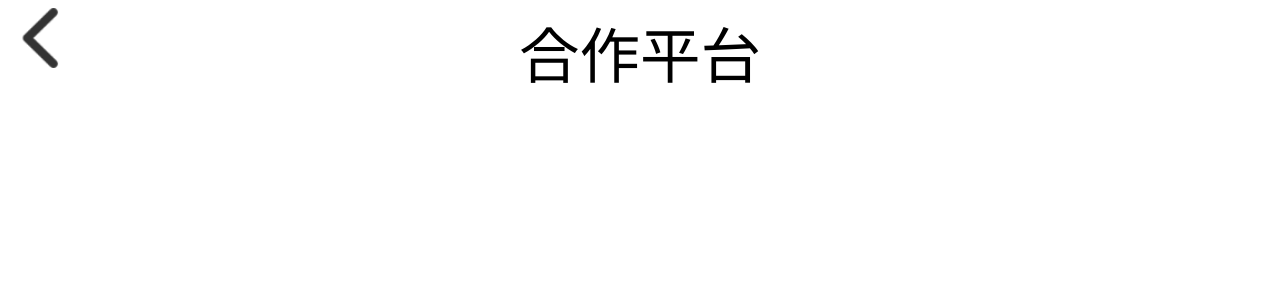
Repository: GgoodBoy/js-object
Page: jquery懒加载/platObj/platForm.html
The author's editor kept a copy of each file at every save. The page is drawn from the files as they stood at one save, then again after the next save.
The browser window is 1280 px wide. The pictures show the whole page.
Some web libraries are served in a nearby version.

Above is the page before, as saved 2019-10-15 13:48:20.

After the next save:
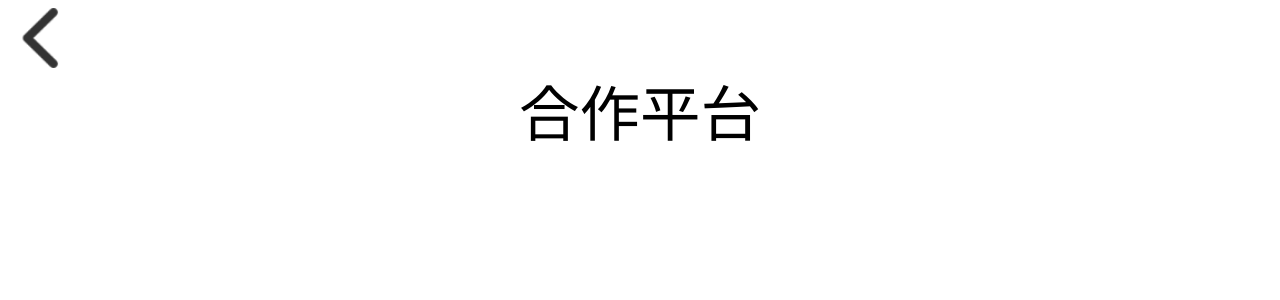
Saved 42 s later.
--- a/jquery懒加载/platObj/platForm.html
+++ b/jquery懒加载/platObj/platForm.html
@@ -53,6 +53,7 @@
     width: 100%;
     height: 1.28rem;
     font-size: 0.36rem;
+    line-height: 1.28rem;
 }
 #platFormId .titleNav .imgInf{
     position: absolute;
